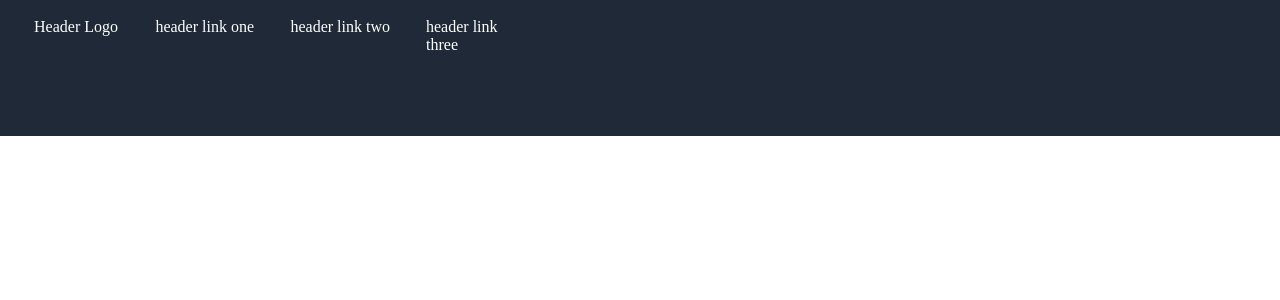
Repository: Grace561/css-exercises
Page: index.html
An editor plug-in stored every save of this project. The page is shown before and after a run of saves, followed by the edit.
The browser window is 1280 px wide. The pictures show the whole page.

Above is the page before, as saved 2025-04-14 14:03:04.

### index.html
<!DOCTYPE html>
<html lang="en">
<head>
    <meta charset="UTF-8">
    <meta name="viewport" content="width=device-width, initial-scale=1.0">
    <link rel="stylesheet" href="style.css">
    <title>Landing-Page</title>
</head>
<body>
    <div class="Header">
    <div class="Header Logo">
    </div>
    <div class="flex-container">
        <div class="item">Header Logo</div>
        <div class="item">header link one</div>
        <div class="item">header link two</div>
        <div class="item">header link three</div>
    </div>
</body>
</html>

### style.css
*{
    box-sizing: border-box;
    margin: 0;
    padding: 0;
}

.item{
    width: 100px;
    height: 100px;
    background: #1f2937;
    color:#fff;
    margin: 18px;

    display: flex;
    justify-content: end;
}
.flex-container{
    display: flex;
    background-color: #1f2937;
    justify-content: start;
}

After the next 2 saves:
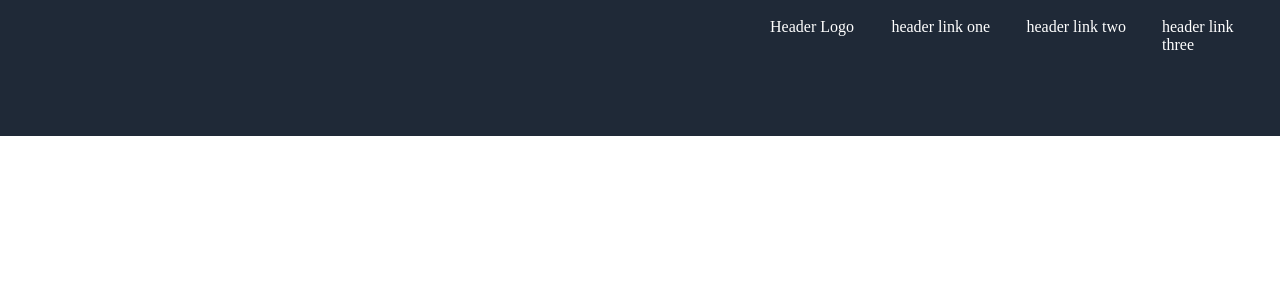
The 2 saves are shown as one change because they came seconds apart.
The last was saved 20 s later.
--- a/style.css
+++ b/style.css
@@ -17,5 +17,5 @@
 .flex-container{
     display: flex;
     background-color: #1f2937;
-    justify-content: start;
+    justify-content: end;
 }
